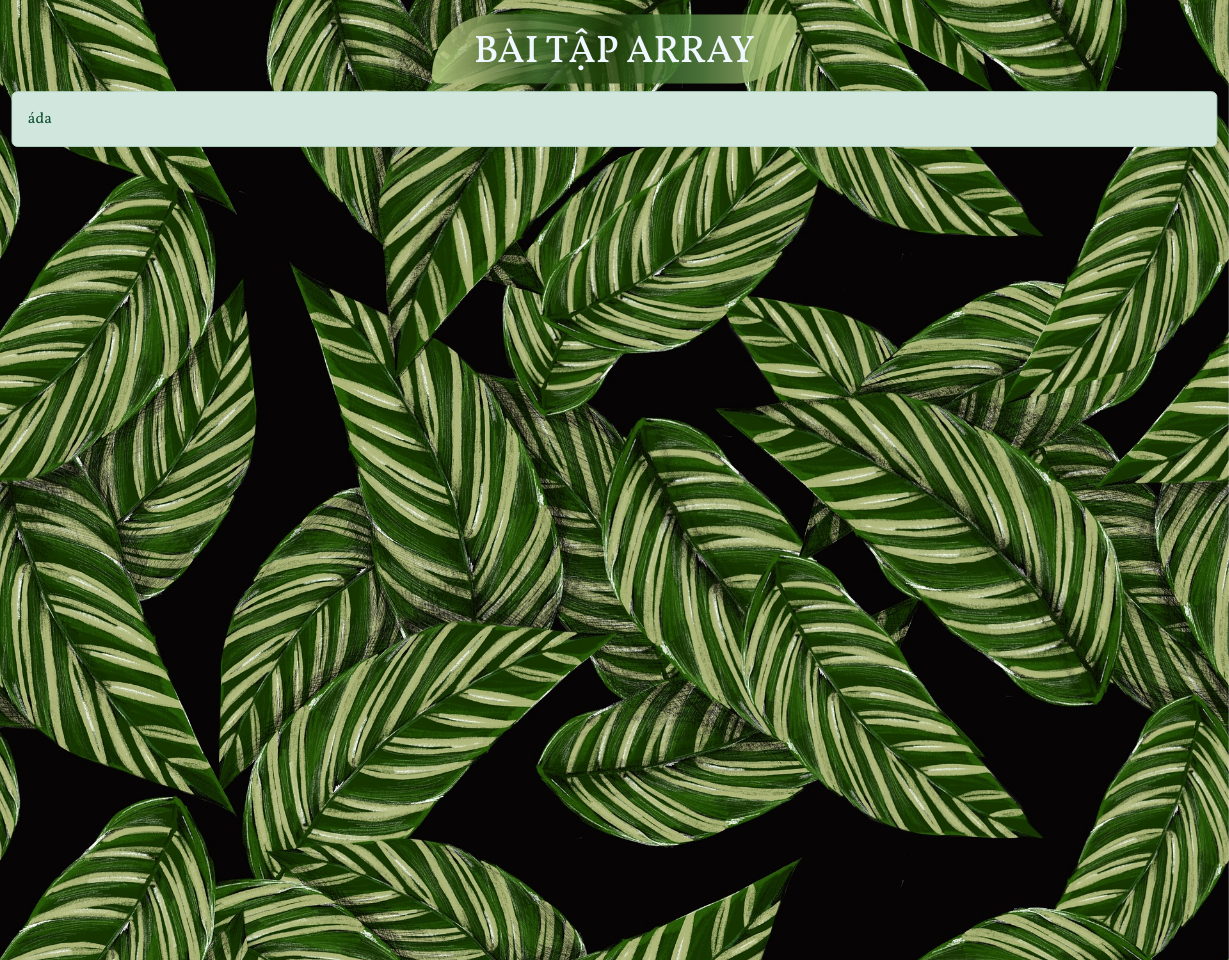
Repository: hcozyph/TranHuuPhuoc_BC43_BT_JS_Buoi7_8_ARRAY
Page: index.html
An editor plug-in stored every save of this project. The page is shown before and after the next save, followed by the edit.
The browser window is 1280 px wide. The pictures show the whole page, at 96% of full size.

Above is the page before, as saved 2023-02-20 22:14:58.

### index.html
<!DOCTYPE html>
<html lang="en">
    <head>
        <title>BT Array</title>
        <!-- Required meta tags -->
        <meta charset="utf-8" />
        <meta
            name="viewport"
            content="width=device-width, initial-scale=1, shrink-to-fit=no"
        />
        <!-- font -->
        <link rel="preconnect" href="https://fonts.googleapis.com" />
        <link rel="preconnect" href="https://fonts.gstatic.com" crossorigin />
        <link
            href="https://fonts.googleapis.com/css2?family=Fraunces:ital,opsz,wght@0,9..144,600;0,9..144,700;1,9..144,300;1,9..144,400;1,9..144,500;1,9..144,600;1,9..144,700;1,9..144,800&family=Vollkorn:ital,wght@0,400;0,500;0,600;0,700;0,800;0,900;1,400;1,500;1,600;1,700;1,800;1,900&display=swap"
            rel="stylesheet"
        />
        <!-- Bootstrap CSS v5.2.1 -->
        <link
            href="https://cdn.jsdelivr.net/npm/bootstrap@5.2.1/dist/css/bootstrap.min.css"
            rel="stylesheet"
            integrity="sha384-iYQeCzEYFbKjA/T2uDLTpkwGzCiq6soy8tYaI1GyVh/UjpbCx/TYkiZhlZB6+fzT"
            crossorigin="anonymous"
        />

        <!-- index.css -->
        <link rel="stylesheet" href="./css/index.css" />
    </head>

    <body>
        <div class="container">
            <div class="bt-array-top">
                <div class="bt-array-title pt-2">
                    <h1 class="text-center p-2">BÀI TẬP ARRAY</h1>
                </div>

                <div class="alert alert-success">áda</div>
            </div>

            <div class="bt-array-content">
                <div class=""></div>
                <div class="bt1"></div>
            </div>
        </div>

        <!-- Bootstrap JavaScript Libraries -->
        <script
            src="https://cdn.jsdelivr.net/npm/@popperjs/core@2.11.6/dist/umd/popper.min.js"
            integrity="sha384-oBqDVmMz9ATKxIep9tiCxS/Z9fNfEXiDAYTujMAeBAsjFuCZSmKbSSUnQlmh/jp3"
            crossorigin="anonymous"
        ></script>

        <script
            src="https://cdn.jsdelivr.net/npm/bootstrap@5.2.1/dist/js/bootstrap.min.js"
            integrity="sha384-7VPbUDkoPSGFnVtYi0QogXtr74QeVeeIs99Qfg5YCF+TidwNdjvaKZX19NZ/e6oz"
            crossorigin="anonymous"
        ></script>

        <!-- method.js -->
        <link rel="stylesheet" href="./js/method.js" />

        <!-- index.js -->
        <script src="./js/index.js"></script>
    </body>
</html>

### css/index.css
* {
    margin: 0;
    padding: 0;
    box-sizing: border-box;
    font-family: "Fraunces", serif;
    font-family: "Vollkorn", serif;
}

.container {
    margin: 0 auto;
    max-width: 1440px;

    background-image: url(../img/2.jpg);
    background-size: cover;
    background-position: center;
    background-repeat: no-repeat;

    height: 1000px;
    padding-top: 15px;
}

.bt-array-title {
    display: block;
    width: 380px;
    margin: 0 auto;
    border-radius: 80px 10px 80px 10px;

    font-size: 40px;
    font-weight: 700;
    /* background-color: red; */
    color: aliceblue;
    background: rgb(156, 173, 110);
    background: linear-gradient(
        90deg,
        rgba(198, 219, 142, 0.8) 0%,
        rgba(156, 173, 110, 0.8) 10%,
        rgba(60, 94, 39, 0.8) 25%,
        rgba(68, 112, 49, 0.8) 29%,
        rgba(27, 57, 5, 0.8) 49%,
        rgba(66, 114, 50, 0.8) 63%,
        rgba(90, 139, 69, 0.8) 74%,
        rgba(184, 203, 130, 0.8) 95%
    );
}

/* .bt-array-content {
} */

Loaded but not shown: js/index.js (no copy from this time; the picture is the same without it); js/method.js (no stored copy; drawn as an empty file)

After the next save:
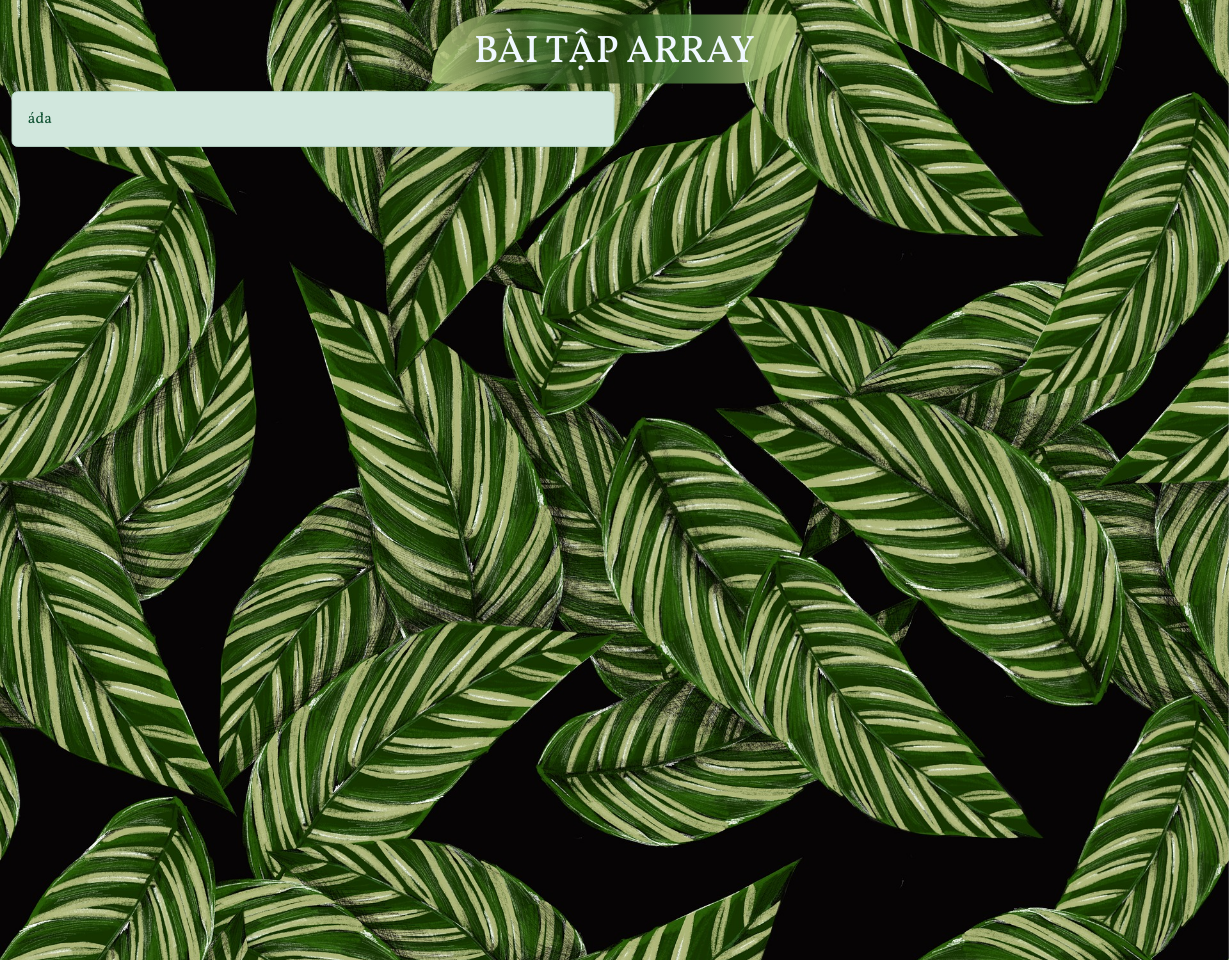
Saved 3 min 18 s later.
--- a/index.html
+++ b/index.html
@@ -34,7 +34,7 @@
                     <h1 class="text-center p-2">BÀI TẬP ARRAY</h1>
                 </div>
 
-                <div class="alert alert-success">áda</div>
+                <div class="alert alert-success w-50">áda</div>
             </div>
 
             <div class="bt-array-content">
